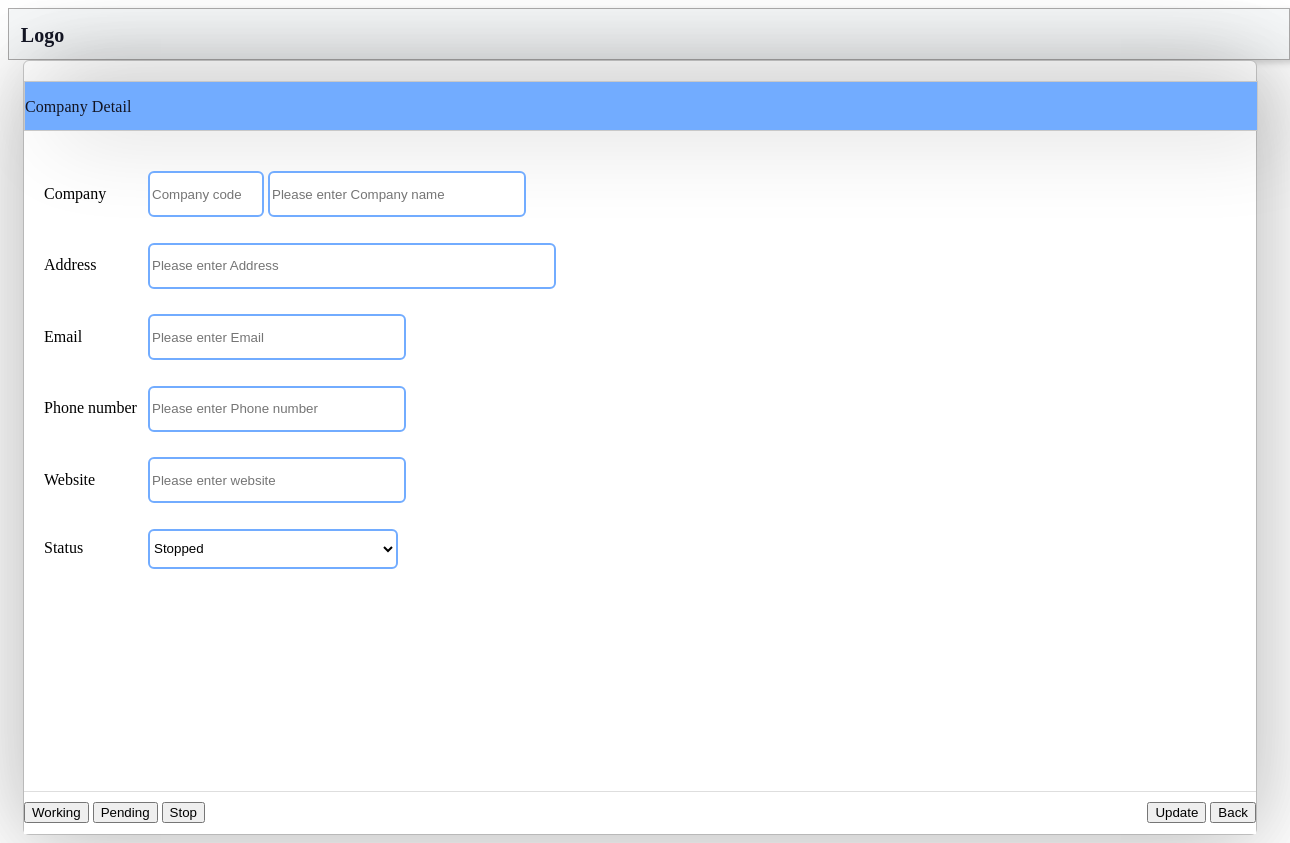
Repository: Zain1409/company
Page: client/html/CompanyDetail.html
An editor plug-in stored every save of this project. The page is shown before and after the next save, followed by the edit.
The browser window is 1280 px wide. The page is 1290 px wide, so the pictures cover 1290 px, including what lies to the right of the window. The pictures show the whole page.

Above is the page before, as saved 2021-04-04 21:40:38.

### client/html/CompanyDetail.html
<!DOCTYPE html>
<html lang="en">
<head>
    <meta charset="UTF-8">
    <meta http-equiv="X-UA-Compatible" content="IE=edge">
    <meta name="viewport" content="width=device-width, initial-scale=1.0">
    <link rel="stylesheet" href="./../css/CompanyDetail.css">
    <title>Company Detail</title>
</head>
<body>
    <div class="header">
        <p>Logo</p>
    </div>
    <div class="container">
        <div id="content">
            <div id="head">
                <p>Company Detail</p>
            </div>
            <form id="form">
                <label id="properties">Company</label> <input id="code" type="text" placeholder="Company code" style="width: 108px;"> <input id="name" type="text" placeholder="Please enter Company name">
                <br>
                <br>
                <label id="properties">Address</label> <input id="address" type="text" placeholder="Please enter Address" style="width: 400px;
                height: 40px;">
                <br>
                <br>
                <label id="properties">Email</label> <input id="email" type="text" placeholder="Please enter Email" >
                <br>
                <br>
                <label id="properties">Phone number</label> <input id="phone_number" type="text" placeholder="Please enter Phone number" >
                <br>
                <br>
                <label id="properties">Website</label> <input id="website" type="text" placeholder="Please enter website " >
                <br>
                <br>
                <label id="properties">Status</label> <select name="" id="form_select">
                    <option value="stopped">Stopped</option>
                    <option value="working">Working</option>
                    <option value="pending">Pending</option>
                    </select>
                </select>
            </form>
            <div id="footer">
                <div id="button_left">
                    <button>Working</button>
                    <button>Pending</button>
                    <button>Stop</button>
                </div>
                <div id="button_right">
                    <button>Update</button>
                    <button>Back</button>
                </div>
            </div>
        </div>
        <!-- <div id="footer">
            <div id="button_left">
                <button>Working</button>
                <button>Pending</button>
                <button>Stop</button>
            </div>
            <div id="button_right">
                <button>Update</button>
                <button>Back</button>
            </div>
        </div> -->
    </div>
</body>
</html>

### client/css/CompanyDetail.css
.header{
    width: 1280px;
    height: 50px;
    background: #F6F8F9 0% 0% no-repeat padding-box;
    box-shadow: 30px 3px 6px #00000029;
    border: 0.5px solid #ACABAB;
    opacity: 1;
    margin: auto;

}
.header p{
    width: 67px;
    height: 39px;
    text-align: left;
    font-weight: bold;
    font-size: 20px;
    color: #131523;
    opacity: 1;
    text-align: center;
    padding-top: 15px;
    margin: 0;
}
.container{
    width: 1232px;
    height: 624px;
    background: #FFFFFF 0% 0% no-repeat padding-box;
    box-shadow: 0px 3px 90px #00000029;
    border: 0.5px solid #C8C8C8;
    border-radius: 6px;
    opacity: 1;
    padding-top: 20px;
    margin: auto;
}
.container{
    margin: auto;
    width: 1232px;
    height: auto;
    padding-top: 20px;
}

#content{
    clear: both;
    width: 1232px;
    height: 753px;
    background: #FFFFFF 0% 0% no-repeat padding-box;
    box-shadow: 0px 3px 90px #00000029;
    opacity: 1;
}
#head{
    width: 1232px;
    height: 48px;
    background: #72ACFF 0% 0% no-repeat padding-box;
    box-shadow: 30px 3px 90px #00000029;
    border: 0.5px solid #C8C8C8;
    opacity: 1;
}
#head p{
    text-align: left;
    font: normal normal medium 20px/30px Poppins;
    letter-spacing: 0.08px;
    color: #131523;
    opacity: 1;
}
#form{
    width: 600px;
    float: left;
    height: 600px;
    margin: 20px;
    padding-top: 20px;

}
#form input{
    width: 250px;
    height: 40px;
    background: #FFFFFF 0% 0% no-repeat padding-box;
    border: 2px solid #72ACFF;
    border-radius: 6px;
    opacity: 1;
}
#form_select{
    clear: both;
    width: 250px;
    height: 40px;
    background: #FFFFFF 0% 0% no-repeat padding-box;
    border: 2px solid #72ACFF;
    border-radius: 6px;
    opacity: 1;
}
#properties{
    width: 100px;
    height: 40px;
    opacity: 1;
    display: inline-block;
}
#footer{
    clear: both;
    border-top: 1px solid #DEDEDE;
    padding-top: 10px;
}
#button_left{
    float: left;
}
#button_right{
    float: right;
}

After the next save:
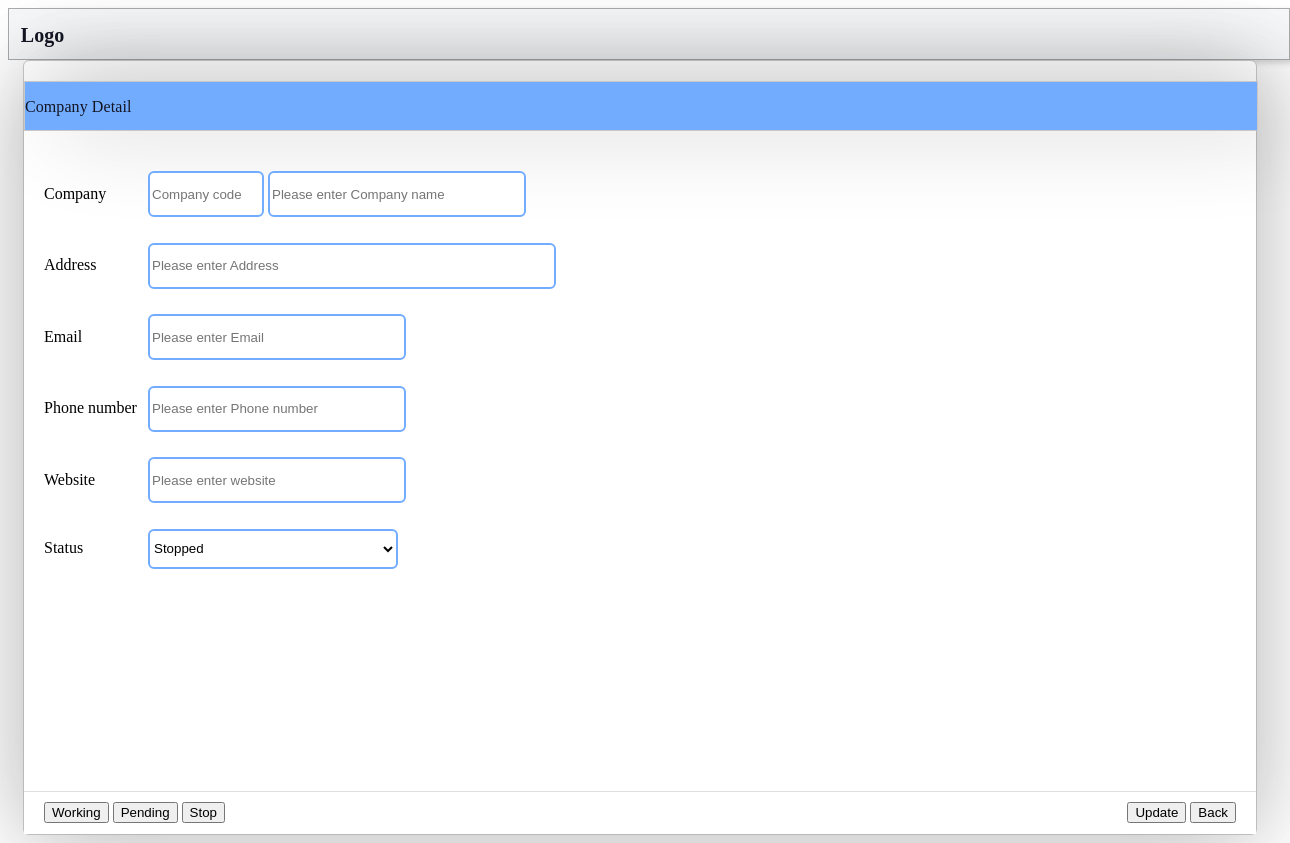
Saved 19 s later.
--- a/client/css/CompanyDetail.css
+++ b/client/css/CompanyDetail.css
@@ -99,7 +99,9 @@
 }
 #button_left{
     float: left;
+    padding-left: 20px;
 }
 #button_right{
     float: right;
+    padding-right: 20px;
 }
